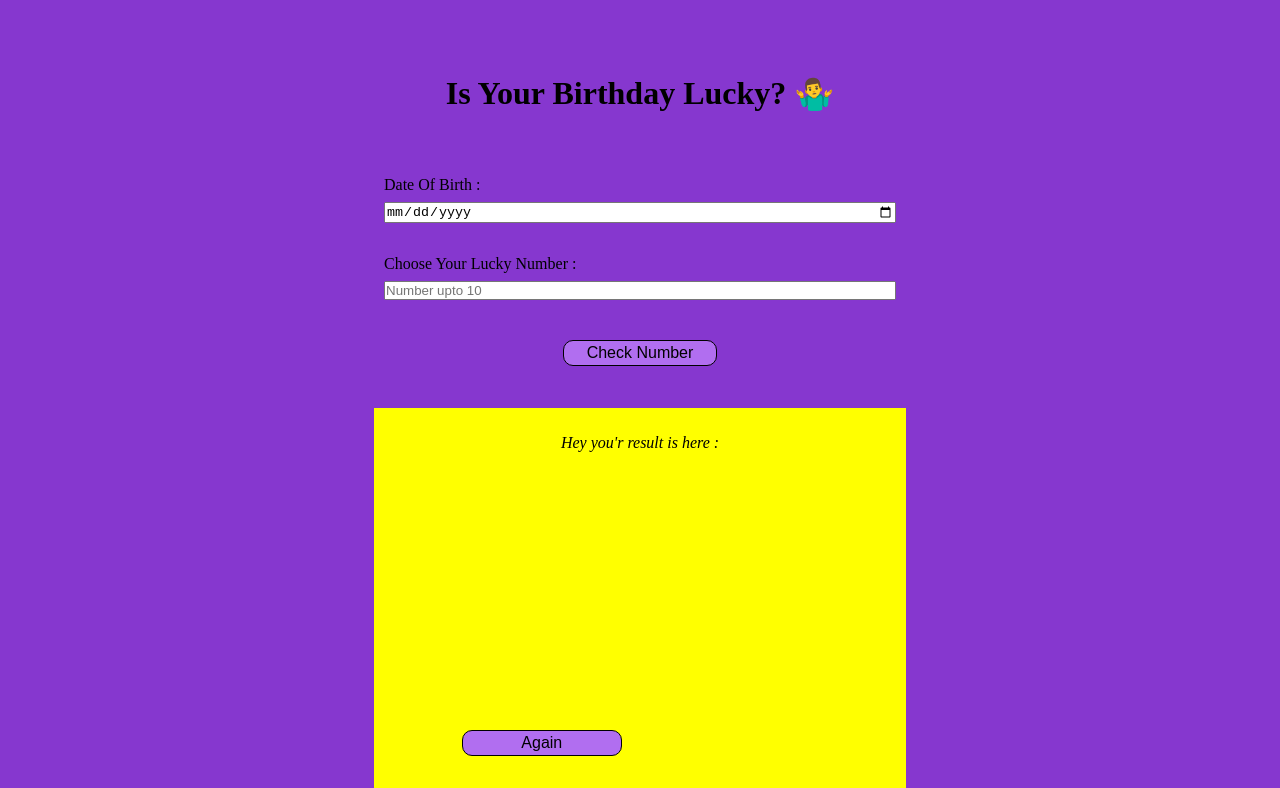
Repository: patelamancode/Lucky-Birthday-App
Page: index.html
These files come from the project's save history. The page is drawn as it stood at one moment and after the next save; the edit follows.
The browser window is 1280 px wide. The pictures show the whole page.

Above is the page before, as saved 2022-11-23 15:23:27.

### index.html
<!DOCTYPE html>
<html lang="en">
<head>
    <meta charset="UTF-8">
    <meta http-equiv="X-UA-Compatible" content="IE=edge">
    <meta name="viewport" content="width=device-width, initial-scale=1.0">
    <link rel="stylesheet" href="index.css">
    <title>Is your birthday lucky</title>
</head>
<body>
    <div id="main-container">
        <h1 class="app-title">Is Your Birthday Lucky? 🤷‍♂️</h1>
        <label for="date-of-birth" class="dob">Date Of Birth :</label>
        <input type="date" id="selected-dob">
        <label for="lucky-number" class="favourite-number">Choose Your Lucky Number :</label>
        <input type="number" class="user-number" placeholder="Number upto 10">
        <button id="check-btn">Check Number</button>
    </div>
    <div id="graphic-container">
        <p id="final-result">Hey you'r result is here :</p>
        <button id="back-btn">Again</button>
    </div>
    <script src="index.js"></script>
</body>
</html>

### index.css
*{
    margin: 0;
    padding: 0;
}
 body{
    background-color: rgb(134, 55, 207);
 }

 #main-container {
    display: flex;
    flex-direction: column;
    width: 40vw;
    margin: auto;
    margin-top: 2rem;
    padding: 10px;
    text-align: center;
 }

 .app-title{
    margin: 2rem 0;
 }
 label{
    width: auto;
    text-align: left;
    margin-top: 2rem;
    margin-bottom: 0.5rem;
 }
 /* input{
    -webkit-appearance: none;
    box-shadow: none !important;
 } */
 button{
    margin: auto;
    margin-top: 2.5rem;
    width: 30%;
    padding: 3px;
    font-size: 1rem;
    font-weight: 500;
    border: 1px solid;
    background-color: rgb(177, 110, 240);
    border-radius: 10px;
 }

/* change in display to flex from none */
 #graphic-container{
    display: flex;
    flex-direction: column;
    width: 40vw;
    height: 50vh;
    margin: auto;
    margin-top: 2rem;
    padding: 10px;
    text-align: center;
    background-color: yellow;
    position: relative;

 }
 #final-result{
  font-style: italic;
  margin: 1rem;
 }

 #back-btn{
   position: absolute;
   bottom: 2rem;
   left: 5.5rem;
 }

### index.js
const checkButton = document.querySelector('#check-btn');
const appContent = document.querySelector('#main-container');
const userBirthDate = document.querySelector('#selected-dob');
const luckyNumber = document.querySelector('.user-number');
const graphicDisplay = document.querySelector('#graphic-container');
const backButton = document.querySelector('#back-btn');



function showResult() {
    hideContent();
    graphicDisplay.style.display = "flex";
};

function hideContent() {
    appContent.style.display = "none";
};


function specialDateIs() {
    let value = userBirthDate.value.split("-");
    var sum = 0;
    for (let i = 0; i < value.length; i++) {
        sum += parseInt(value[i]);
    }
    console.log(sum);
    if (sum % luckyNumber.value == 0) {
        console.log("you have a special birthdate")
    } else console.log("Opps your birthdate is normal");

};


checkButton.addEventListener('click', function() {
    specialDateIs();
    showResult();
    console.log(value);
});

backButton.addEventListener('click',function(){
    appContent.style.display = "flex";
    graphicDisplay.style.display = "none"
    window.location.reload();
});

After the next save:
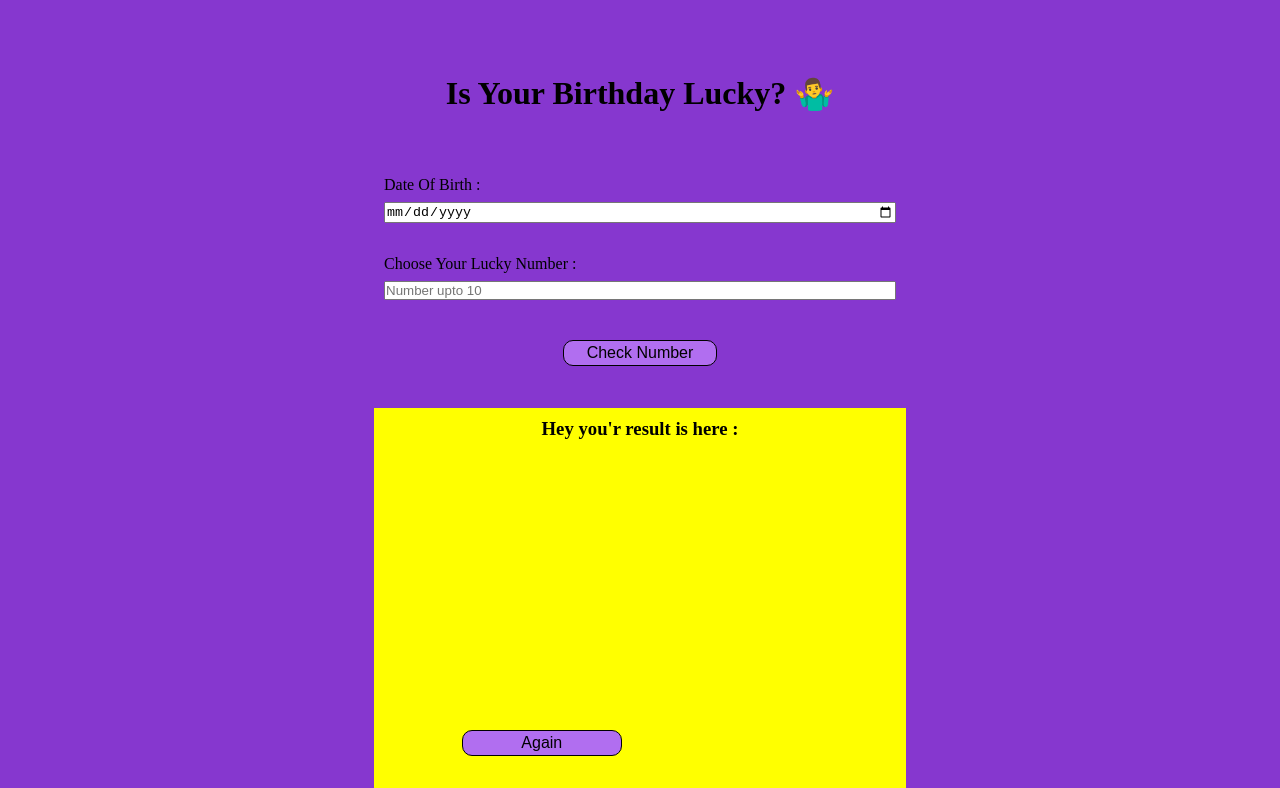
Saved 59 s later.
--- a/index.html
+++ b/index.html
@@ -17,7 +17,8 @@
         <button id="check-btn">Check Number</button>
     </div>
     <div id="graphic-container">
-        <p id="final-result">Hey you'r result is here :</p>
+        <h3>Hey you'r result is here :</h3>
+        <p id="final-result"></p>
         <button id="back-btn">Again</button>
     </div>
     <script src="index.js"></script>
